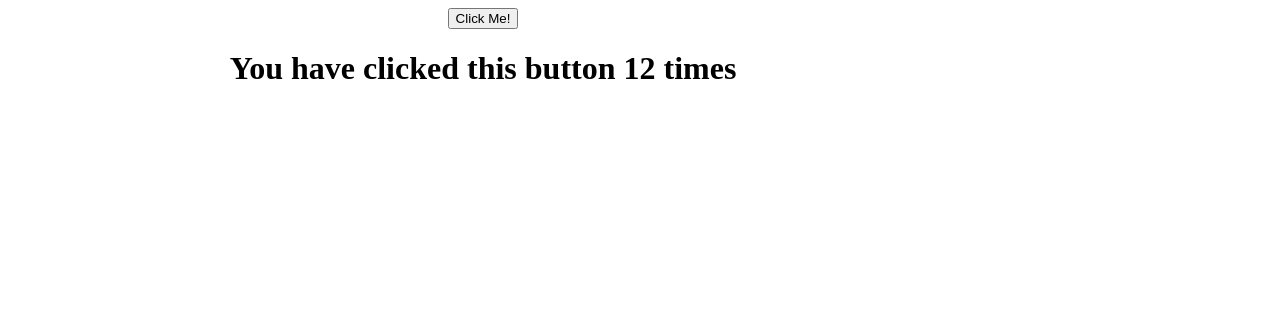
Repository: harshithamagani/Java-Basics
Page: http://localhost/counter/
An editor plug-in stored every save of this project. The page is shown before and after the next save, followed by the edit.
The browser window is 1280 px wide. The pictures show the whole page.
The page is served by Tomcat 9.

Above is the page before, as saved 2019-11-05 02:40:18.

After the next save:
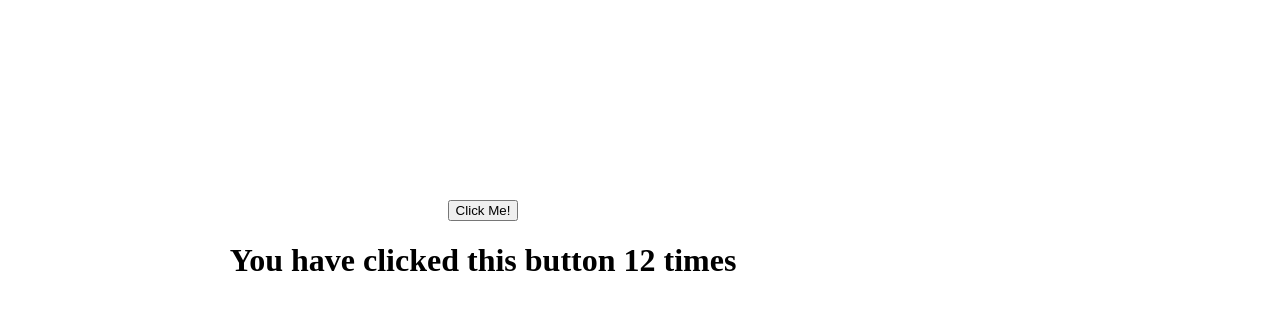
Saved 16 s later.
--- a/counter/WebContent/WEB-INF/index.jsp
+++ b/counter/WebContent/WEB-INF/index.jsp
@@ -12,6 +12,7 @@
 	}
 	#container{
 	text-align: center;
+	margin-top:200px;
 	}
 </style>
 </head>
